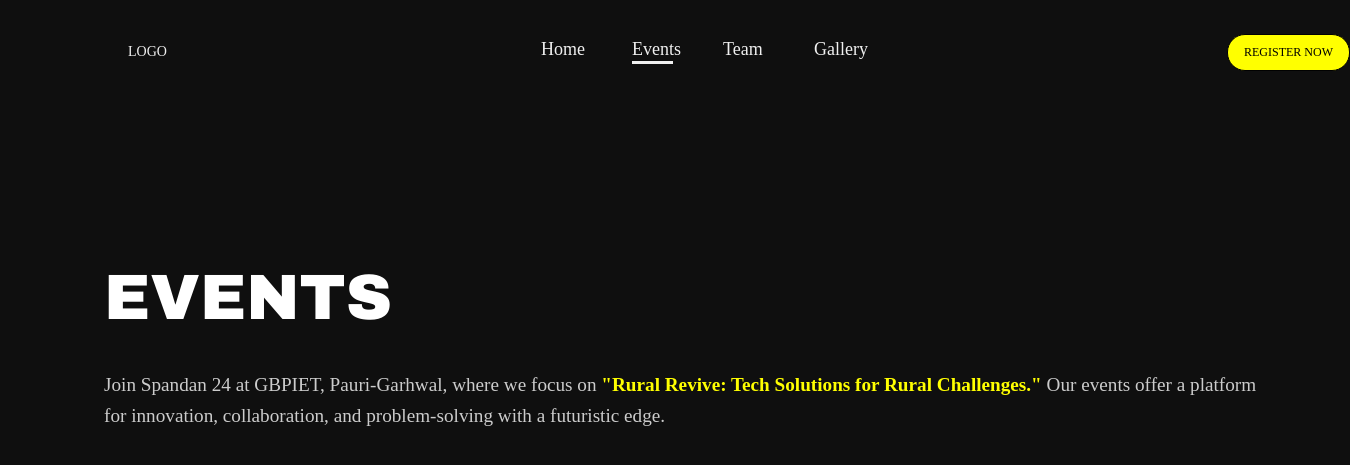
Repository: s4bbi/spandan-3.0
Page: /
These files come from the project's save history. The page is drawn as it stood at one moment and after the next save; the edit follows.
The browser window is 1280 px wide. The page is 1350 px wide, so the pictures cover 1350 px, including what lies to the right of the window. The pictures show the whole page.
The project was rebuilt for these pictures with package versions that can differ from the ones it lists, and the page was loaded fresh each time. Also part of the build but not shown: vite.config.js, src/pages/Events/Events.jsx.

Above is the page before, as saved 2024-11-02 02:28:49.

After the next save:
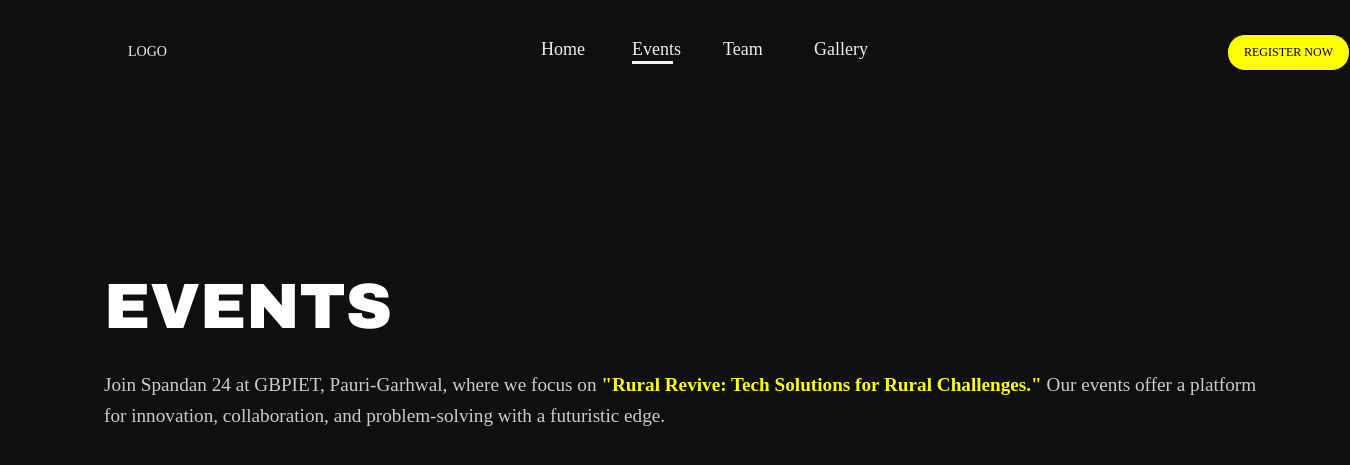
Saved 56 s later.
--- a/src/components/HeroSection/HeroSection.css
+++ b/src/components/HeroSection/HeroSection.css
@@ -17,6 +17,12 @@
     width: 339px;
     height: 87px;
     padding-top: 192px;
+    font-family: Mooner;
+font-size: 72px;
+font-weight: 400;
+line-height: 87.19px;
+text-align: left;
+
     font-size: 4em;
     margin: 0;
     font-family: 'Arial Black', sans-serif;
